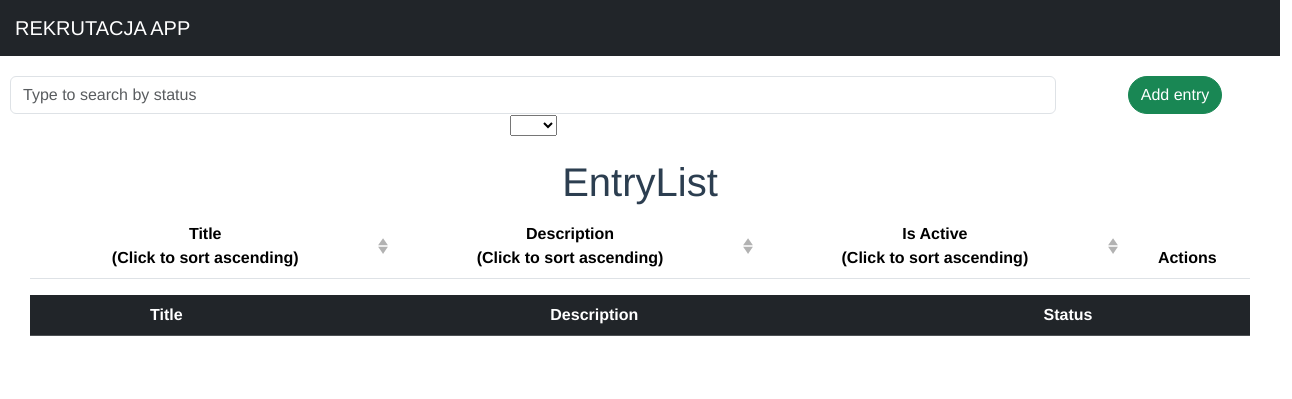
Repository: Madaless/vue_elastic
Page: / (app in vuejsapp/crudapp/)
These files come from the project's save history. The page is drawn as it stood at one moment and after the next save; the edit follows.
The browser window is 1280 px wide. The page is 1292 px wide, so the pictures cover 1292 px, including what lies to the right of the window. The pictures show the whole page.
The page's requests for data from a server got no answer. The project was rebuilt for these pictures with package versions that can differ from the ones it lists, and the page was loaded fresh each time. No one was signed in, and anything a server would have sent is missing.

Above is the page before, as saved 2021-09-12 17:32:59.

After the next save:
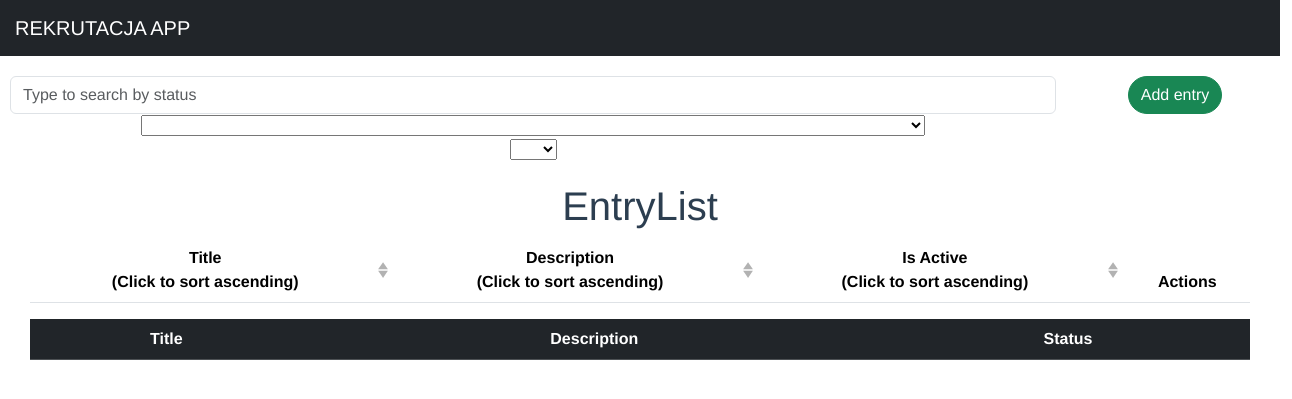
Saved 46 s later.
--- a/vuejsapp/crudapp/src/components/FilterEntry.vue
+++ b/vuejsapp/crudapp/src/components/FilterEntry.vue
@@ -7,7 +7,7 @@
       placeholder="Type to search by status"
     ></b-form-input>
 
-    <!-- <b-form-select
+    <b-form-select
       id="sort-by-select"
       v-model="sortBy"
       :options="sortOptions"
@@ -16,7 +16,7 @@
       <template #first>
         <option value="">-- none --</option>
       </template>
-    </b-form-select> -->
+    </b-form-select>
 
   <div>
     <b-form-select  v-model="selected" :options="sortOptions"></b-form-select>

After the 2 saves that followed:
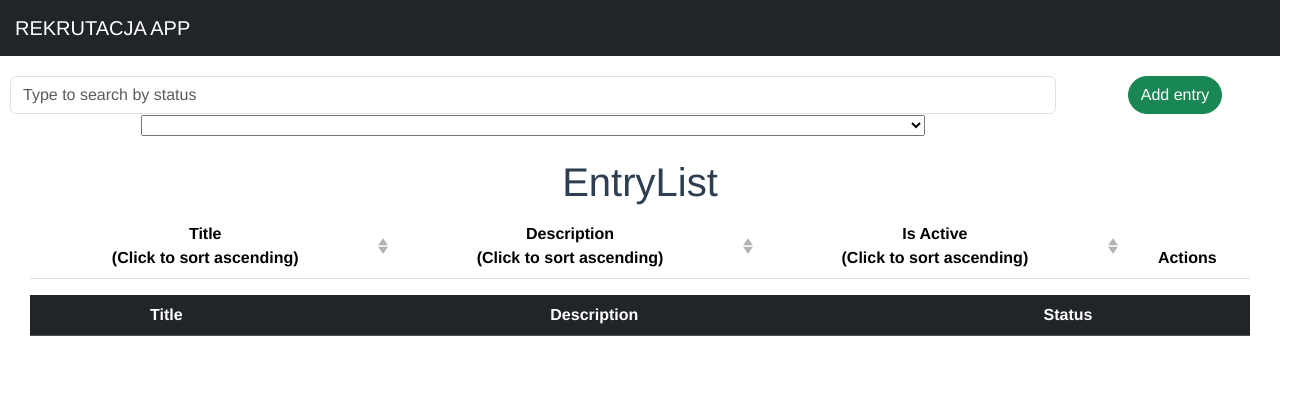
The 2 saves are shown as one change because 1 left the picture as it was.
The last was saved 70 s later.
--- a/vuejsapp/crudapp/src/components/FilterEntry.vue
+++ b/vuejsapp/crudapp/src/components/FilterEntry.vue
@@ -12,15 +12,12 @@
       v-model="sortBy"
       :options="sortOptions"
       :aria-describedby="ariaDescribedby"
+      size="l"
       class="w-75">
       <template #first>
         <option value="">-- none --</option>
       </template>
     </b-form-select>
-
-  <div>
-    <b-form-select  v-model="selected" :options="sortOptions"></b-form-select>
-  </div>
 
 
   </div>
